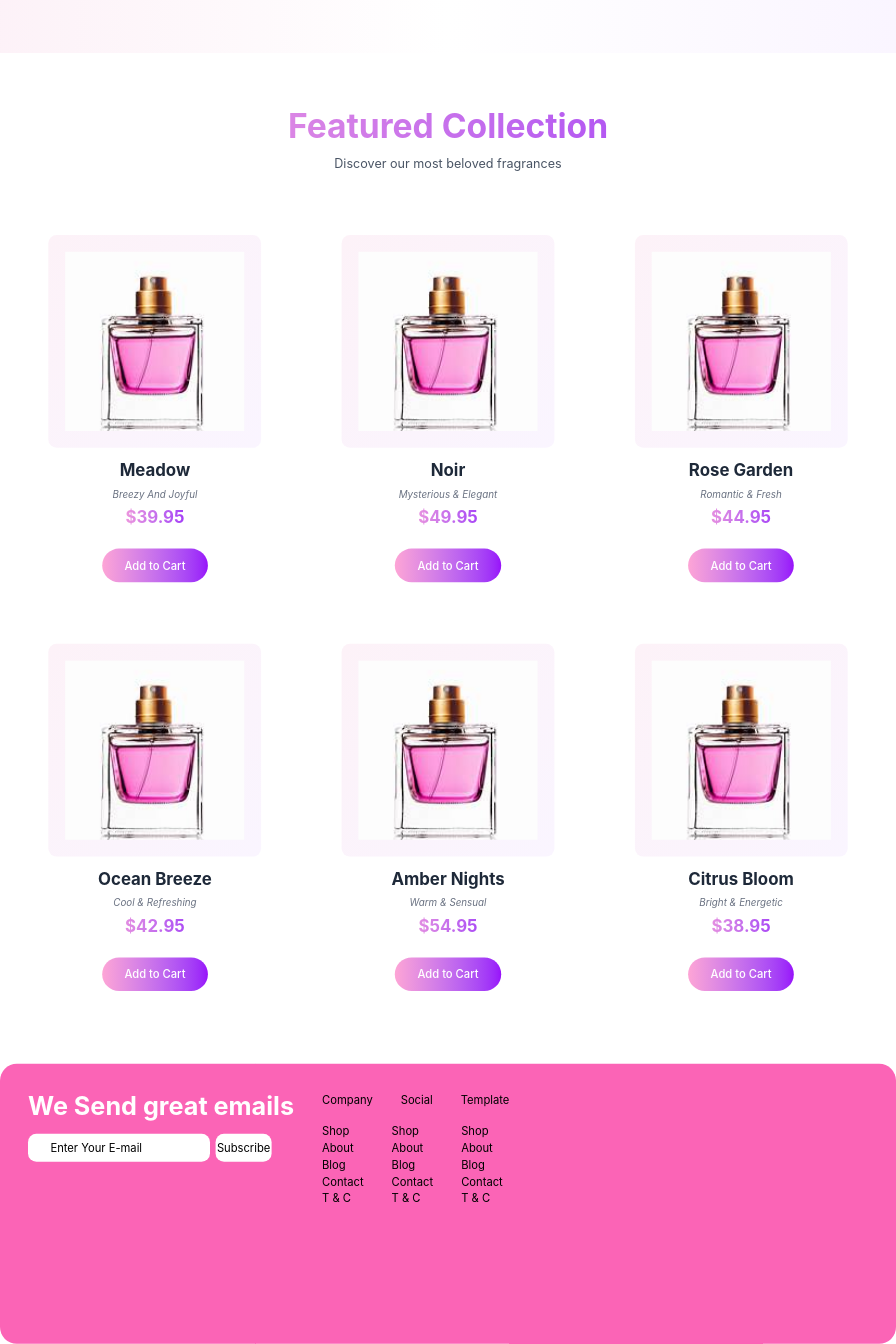
Repository: kiran2k5-ai/E-Commerce-Perfume
Page: /
These files come from the project's save history. The page is drawn as it stood at one moment and after a run of saves; the edit follows.
The browser window is 1280 px wide. The pictures show the part of the page from y = 904 to 2824 px (the page is 2824 px tall), at 70% of full size.
The project was rebuilt for these pictures with package versions that can differ from the ones it lists, and the page was loaded fresh each time. Also part of the build but not shown: vite.config.js.

Above is the page before, as saved 2026-02-04 12:52:47.

### index.html
<!doctype html>
<html lang="en">
  <head>
    <meta charset="UTF-8" />
    <link rel="icon" type="image/svg+xml" href="/vite.svg" />
    <meta name="viewport" content="width=device-width, initial-scale=1.0" />
    <title>perfume-ecommerce</title>
  </head>
  <body>
    <div id="root"></div>
    <script type="module" src="/src/main.jsx"></script>
  </body>
</html>

### src/index.css
@import "tailwindcss";

@layer base {
  * {
    scroll-behavior: smooth;
  }

  body {
    font-family: 'Inter', 'Segoe UI', Tahoma, Geneva, Verdana, sans-serif;
    -webkit-font-smoothing: antialiased;
    -moz-osx-font-smoothing: grayscale;
  }
}

@layer utilities {
  .animate-fade-in {
    animation: fadeIn 1.5s ease-in-out;
  }

  @keyframes fadeIn {
    from {
      opacity: 0;
      transform: translateY(30px);
    }
    to {
      opacity: 1;
      transform: translateY(0);
    }
  }
}

### src/App.jsx
import { useState } from 'react'
import './App.css'
import Navbar from './components/Navbar'
import Home from './pages/Home'

function App() {
  const [count, setCount] = useState(0)

  return (
    <>
      <Navbar></Navbar>
      <Home></Home>
    </>
  )
}

export default App

### src/components/Navbar.jsx
import React from 'react'

const Navbar = () => {
  return (
    <nav className=" fixed w-full bg-pink-100 z-50 left-0 md:px-16 py-4 rounded-4xl">
      <div className="flex items-center justify-between">

        <div className="flex gap-6">
          <a href="#" className="hover:underline">Shop</a>
          <a href="#" className="hover:underline">About</a>
        </div>

        <div className="font-semibold text-2xl">
          Perfume
        </div>

        <div className="flex gap-6">
          <a href="#" className="hover:underline">Blog</a>
          <a href="#" className="hover:underline">Contact</a>
        </div>

      </div>
    </nav>
  )
}

export default Navbar

### src/pages/Home.jsx
import React from 'react'
import { Swiper, SwiperSlide } from "swiper/react";
import { Mousewheel } from "swiper/modules";
import Gridbox from '../components/Gridbox';
import Footer from '../components/Footer';
import "swiper/css";

const Home = () => {
  const products = [
    { id: 1, name: "Meadow", description: "Breezy And Joyful", price: "$39.95", image: "src/images/image2.jpg" },
    { id: 2, name: "Noir", description: "Mysterious & Elegant", price: "$49.95", image: "src/images/image2.jpg" },
    { id: 3, name: "Rose Garden", description: "Romantic & Fresh", price: "$44.95", image: "src/images/image2.jpg" },
    { id: 4, name: "Ocean Breeze", description: "Cool & Refreshing", price: "$42.95", image: "src/images/image2.jpg" },
    { id: 5, name: "Amber Nights", description: "Warm & Sensual", price: "$54.95", image: "src/images/image2.jpg" },
    { id: 6, name: "Citrus Bloom", description: "Bright & Energetic", price: "$38.95", image: "src/images/image2.jpg" },
  ];

  return (
    <>
    {/* Hero Section */}
    <div className='relative h-screen overflow-hidden'>
      <div className="absolute inset-0 bg-gradient-to-br from-pink-200/30 via-purple-200/30 to-blue-200/30"></div>
      <img src="src\images\image3.jpg" alt="Hero" className='mt-10 absolute inset-0 w-full h-full object-cover mix-blend-overlay'/>
      <div className='absolute inset-0 flex flex-col items-center justify-center text-white px-6'>
        <h1 className='text-7xl md:text-7xl font-bold text-center leading-tight mb-6 animate-fade-in'>
          Elevate EveryDay<br />
          Moments To<br />
          <span className='bg-gradient-to-r from-pink-300 to-purple-300 bg-clip-text text-transparent'>Extraordinary</span>
        </h1>
        <p className='text-xl md:text-2xl text-gray-100 mt-4 font-light tracking-wide'>Discover Your Signature Scent</p>
        <button className='mt-10 px-10 py-4 bg-white text-gray-800 rounded-full font-semibold text-lg hover:bg-pink-100 hover:scale-105 transition-all duration-300 shadow-2xl'>
          Explore Collection
        </button>
      </div>
    </div>

    {/* Brand Showcase */}
    <div className="bg-gradient-to-r from-pink-50 via-white to-purple-50 py-20">
      <div className="max-w-7xl mx-auto px-8">
        <h2 className="text-center text-gray-400 uppercase tracking-widest text-sm mb-10 font-semibold">Featured Brands</h2>
        <div className="flex items-center justify-between flex-wrap gap-8 text-gray-700">
          <h1 className="font-light italic text-4xl hover:text-pink-600 transition-colors cursor-pointer">flow</h1>
          <h1 className="font-semibold tracking-wide text-4xl hover:text-pink-600 transition-colors cursor-pointer">NINO</h1>
          <h1 className="font-medium text-4xl hover:text-pink-600 transition-colors cursor-pointer">InTrend</h1>
          <h1 className="font-bold text-4xl hover:text-pink-600 transition-colors cursor-pointer">JUNE</h1>
          <h1 className="font-semibold tracking-widest text-4xl hover:text-pink-600 transition-colors cursor-pointer">ZINE</h1>
          <h1 className="font-extrabold text-4xl hover:text-pink-600 transition-colors cursor-pointer">MAX</h1>
        </div>
      </div>
    </div>

    {/* Featured Products Section */}
    <div className="bg-white py-20">
      <div className="max-w-7xl mx-auto px-8">
        <div className="text-center mb-16">
          <h2 className="text-5xl font-bold bg-gradient-to-r from-pink-300 to-purple-600 bg-clip-text text-transparent mb-4">
            Featured Collection
          </h2>
          <p className="text-gray-600 text-lg">Discover our most beloved fragrances</p>
        </div>

        <div className="grid grid-cols-1 md:grid-cols-2 lg:grid-cols-3 gap-10">
          {products.map((product) => (
            <Gridbox
              key={product.id}
              name={product.name}
              description={product.description}
              price={product.price}
              image={product.image}
            />
          ))}
        </div>
      </div>
    </div>
    <Footer></Footer>

    </>
  )
}

export default Home

### src/components/Gridbox.jsx
import React from 'react'

const Gridbox = ({ image, name, description, price }) => {
  return (
    <div className="group flex flex-col items-center text-center gap-4 p-6 rounded-2xl bg-white hover:shadow-2xl transition-all duration-500 transform hover:-translate-y-2">

      <div className="relative overflow-hidden rounded-xl bg-gradient-to-br from-pink-50 to-purple-50 p-6">
        <img
          src={image}
          alt={name}
          className="w-64 h-64 object-cover transition-transform duration-500 group-hover:scale-110"
        />
        <div className="absolute inset-0 bg-gradient-to-t from-black/10 to-transparent opacity-0 group-hover:opacity-100 transition-opacity duration-300"></div>
      </div>

      <div className="space-y-2">
        <h2 className="text-2xl font-bold text-gray-800">{name}</h2>
        <p className="text-sm text-gray-500 italic">{description}</p>
        <p className="text-2xl font-bold bg-gradient-to-r from-pink-300 to-purple-600 bg-clip-text text-transparent">{price}</p>
      </div>

      <button
        className="mt-3 px-8 py-3 bg-gradient-to-r from-pink-300 to-purple-600 text-white rounded-full hover:shadow-lg hover:scale-105 transition-all duration-300 font-medium"
      >
        Add to Cart
      </button>

    </div>
  )
}

export default Gridbox

### src/components/Footer.jsx
import React from 'react'

const Footer = () => {
  return (
    <div className='flex justify-center'>
      <div className='h-100 w-350 bg-pink-400 rounded-3xl flex flex-row '>
        <div className='mt-10 ml-10 '>
            <h2 className='font-bold text-4xl  text-white'>We Send great emails</h2>
            <div className='flex flex-row gap-2 mt-5'>
            <input type="text" className='bg-white rounded-xl w-65 h-10 px-3 placeholder-black placeholder:px-5 hover:bg-none' placeholder='Enter Your E-mail'/>
            <button className=' bg-white w-20 h-10 rounded-xl text-black hover:bg-gradient-to-r from-pink-300 to-purple-600'>Subscribe</button>
            </div>
        </div>
        <div className='mt-10 ml-10'>
            <div className='flex flex-row gap-10'>
                <h1>Company</h1>
                <h1>Social</h1>
                <h1>Template</h1>
            </div>
            <div className='flex flex-row gap-10 mt-5'>
                <div className = 'flex flex-col'>
                    <a href="">Shop</a>
                    <a href="">About </a>
                    <a href="">Blog</a>
                    <a href="">Contact</a>
                    <a href="">T & C</a>
                </div>
                <div className = 'flex flex-col'>
                    <a href="">Shop</a>
                    <a href="">About </a>
                    <a href="">Blog</a>
                    <a href="">Contact</a>
                    <a href="">T & C</a>
                </div >
                <div className = 'flex flex-col'>
                    <a href="">Shop</a>
                    <a href="">About </a>
                    <a href="">Blog</a>
                    <a href="">Contact</a>
                    <a href="">T & C</a>
                </div>
            </div>
        </div>
      </div>
    </div>
  )
}

export default Footer

Loaded but not shown: src/main.jsx (common file); src/App.css (common file)

After the next 2 saves:
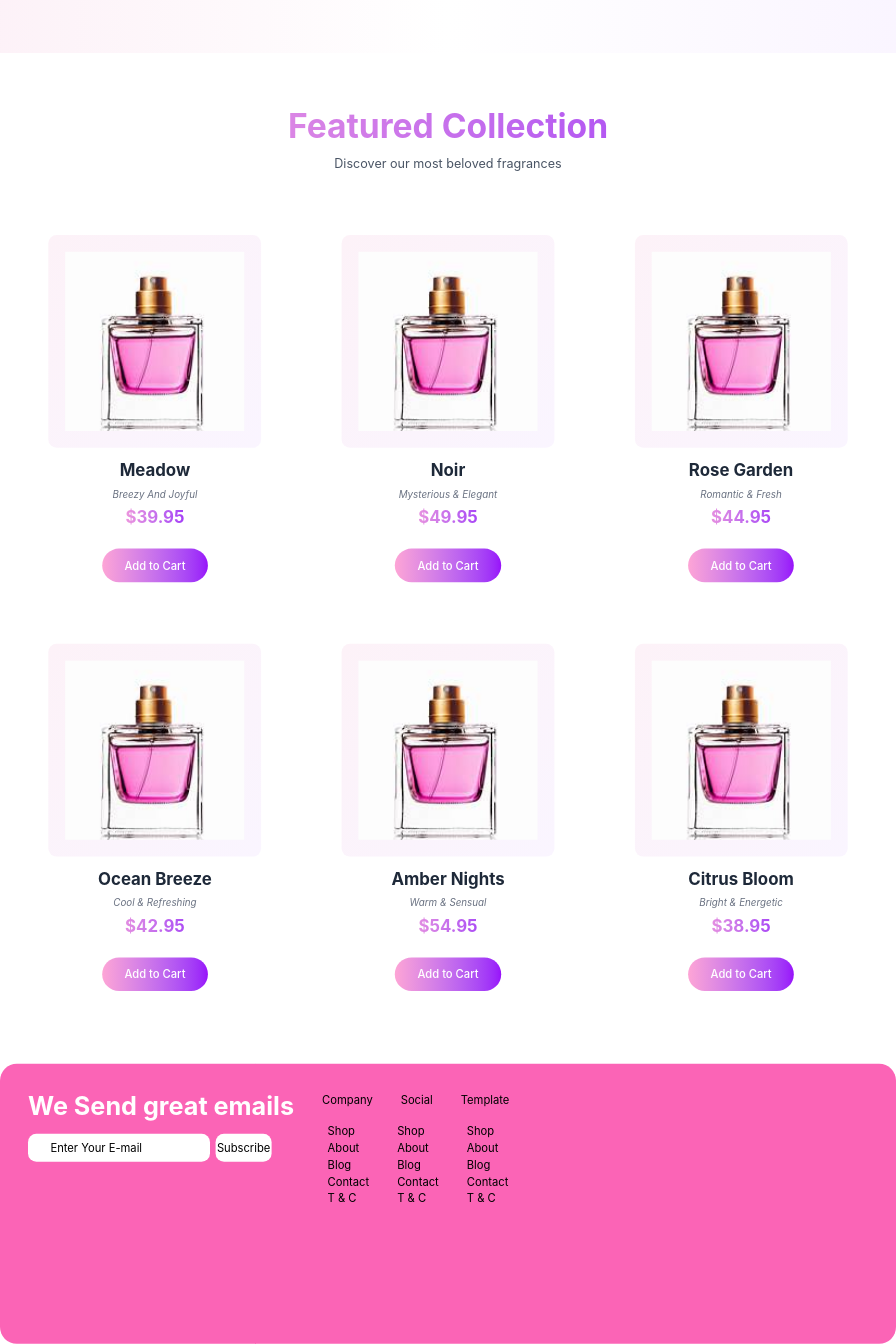
The 2 saves are shown as one change because they came seconds apart.
The last was saved 8 s later.
--- a/src/components/Footer.jsx
+++ b/src/components/Footer.jsx
@@ -17,7 +17,7 @@ const Footer = () => {
                 <h1>Social</h1>
                 <h1>Template</h1>
             </div>
-            <div className='flex flex-row gap-10 mt-5'>
+            <div className='flex flex-row gap-10 mt-5 ml-2'>
                 <div className = 'flex flex-col'>
                     <a href="">Shop</a>
                     <a href="">About </a>
